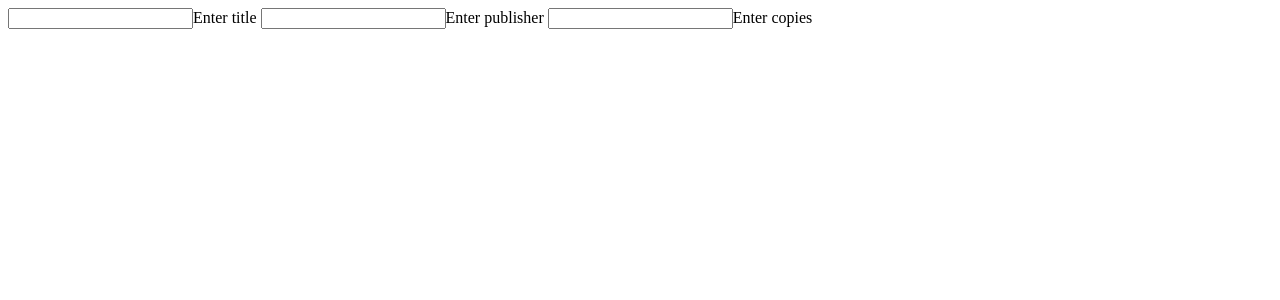
Repository: prashantvadlamani/Library-Management-System
Page: http://localhost/myweb/edit.jsp
The author's editor kept a copy of each file at every save. The page is drawn from the files as they stood at one save, then again after the next save.
The browser window is 1280 px wide. The pictures show the whole page.
The page is served by Tomcat 9. Other server files are loaded and not shown.

Above is the page before, as saved 2018-08-16 09:53:40.

### myweb/WebContent/edit.jsp
<%@ page language="java" contentType="text/html; charset=ISO-8859-1"
    pageEncoding="ISO-8859-1"%>
<!DOCTYPE html PUBLIC "-//W3C//DTD HTML 4.01 Transitional//EN" "http://www.w3.org/TR/html4/loose.dtd">
<html>
<head>
<meta http-equiv="Content-Type" content="text/html; charset=ISO-8859-1">
<title>Insert title here</title>
</head>
<body>
	<form >
		<input type="text">Enter title
		<input type="text">Enter publisher
		<input type="text">Enter copies
	</form>
</body>
</html>

After the next save:
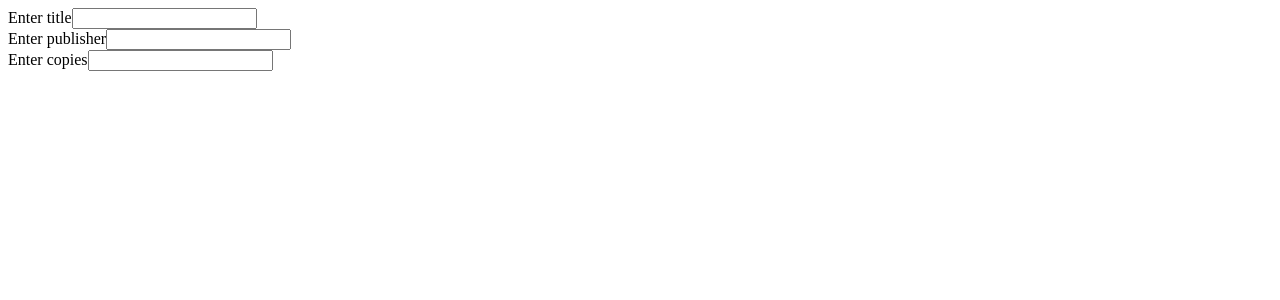
Saved 45 s later.
--- a/myweb/WebContent/edit.jsp
+++ b/myweb/WebContent/edit.jsp
@@ -8,9 +8,9 @@
 </head>
 <body>
 	<form >
-		<input type="text">Enter title
-		<input type="text">Enter publisher
-		<input type="text">Enter copies
+		Enter title<input type="text"><br>
+		Enter publisher<input type="text"><br>
+		Enter copies<input type="text">
 	</form>
 </body>
 </html>
